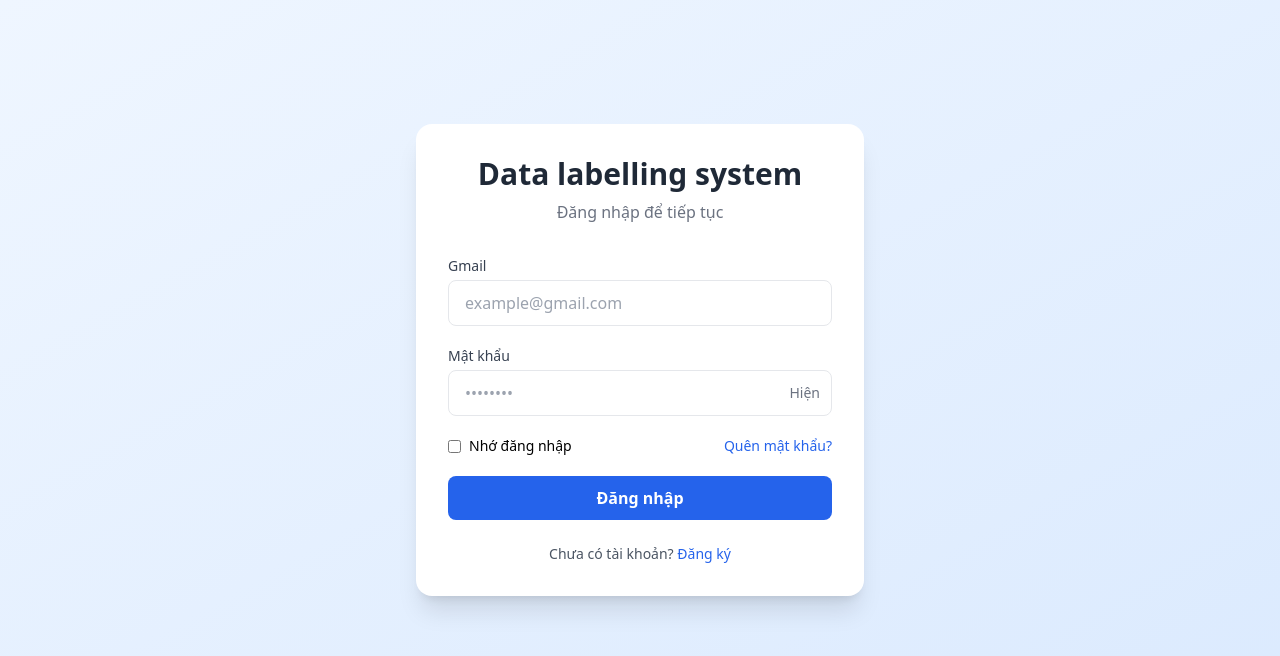
Repository: immanhdung/Frontend_Datalabeling
Page: /
These files come from the project's save history. The page is drawn as it stood at one moment and after the next save; the edit follows.
The browser window is 1280 px wide. The pictures show the whole page.
The project was rebuilt for these pictures with package versions that can differ from the ones it lists, and the page was loaded fresh each time. Also part of the build but not shown: vite.config.js, src/pages/Admin/Dashboard.jsx.

Above is the page before, as saved 2026-01-28 20:29:05.

After the next save:
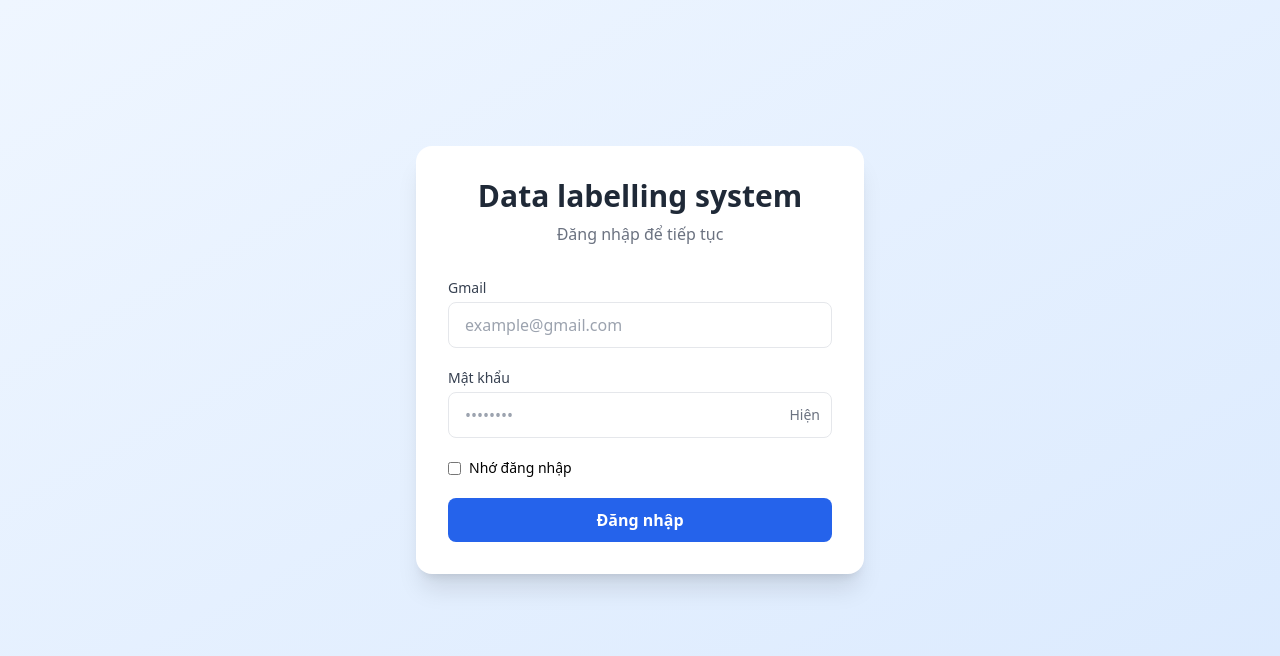
Saved 35 s later.
--- a/src/pages/Login.jsx
+++ b/src/pages/Login.jsx
@@ -61,9 +61,6 @@ export default function Login() {
               />
               Nhớ đăng nhập
             </label>
-            <a href="#" className="text-blue-600 hover:underline">
-              Quên mật khẩu?
-            </a>
           </div>
 
           {/* Button */}
@@ -75,14 +72,6 @@ export default function Login() {
             Đăng nhập
           </button>
         </form>
-
-        {/* Footer */}
-        <p className="text-center text-sm text-gray-600 mt-6">
-          Chưa có tài khoản?{" "}
-          <a href="#" className="text-blue-600 font-medium hover:underline">
-            Đăng ký
-          </a>
-        </p>
       </div>
     </div>
   );
